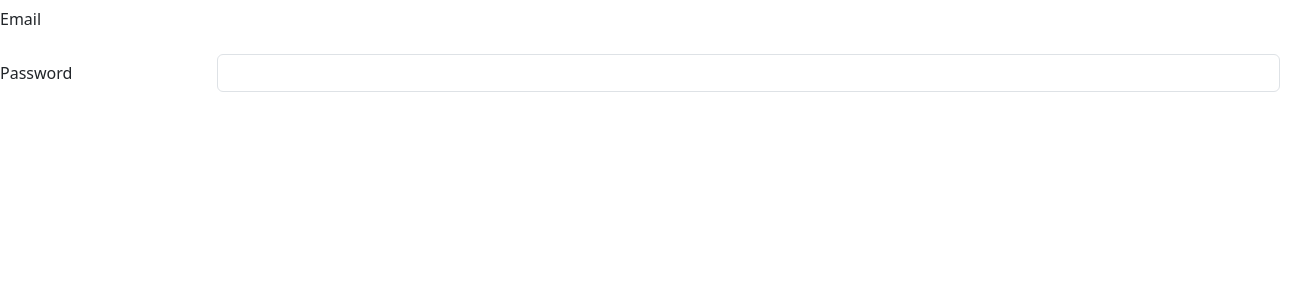
Repository: Anwithgowda/bank-app
Page: http://localhost/movie-book-app/login.jsp
These files come from the project's save history. The page is drawn as it stood at one moment and after the next save; the edit follows.
The browser window is 1280 px wide. The page is 1292 px wide, so the pictures cover 1292 px, including what lies to the right of the window. The pictures show the whole page.
The page is served by Tomcat 10. Other server files are loaded and not shown.

Above is the page before, as saved 2024-02-26 09:06:17.

### movieapp/movie-book-app/src/main/webapp/login.jsp
<%@ page language="java" contentType="text/html; charset=ISO-8859-1"
    pageEncoding="ISO-8859-1"%>
<!DOCTYPE html>
<html>
<head>
<meta charset="ISO-8859-1">
<title>Login page</title>
<link href="https://cdn.jsdelivr.net/npm/bootstrap@5.3.3/dist/css/bootstrap.min.css" rel="stylesheet" integrity="sha384-QWTKZyjpPEjISv5WaRU9OFeRpok6YctnYmDr5pNlyT2bRjXh0JMhjY6hW+ALEwIH" crossorigin="anonymous">
<script src="https://cdn.jsdelivr.net/npm/bootstrap@5.3.3/dist/js/bootstrap.bundle.min.js" integrity="sha384-YvpcrYf0tY3lHB60NNkmXc5s9fDVZLESaAA55NDzOxhy9GkcIdslK1eN7N6jIeHz" crossorigin="anonymous"></script>

</head>
<body>

     <div class="mb-3 row">
    <label for="staticEmail" class="col-sm-2 col-form-label">Email</label>
    <div class="col-sm-10">
      <input type="text"  class="form-control-plaintext" id="staticEmail" name="userid">
    </div>
  </div>
  <div class="mb-3 row">
    <label for="inputPassword" class="col-sm-2 col-form-label" name="password">Password</label>
    <div class="col-sm-10">
      <input type="password" class="form-control" id="inputPassword">
    </div>
  </div>
</body>
</html>

After the next save:
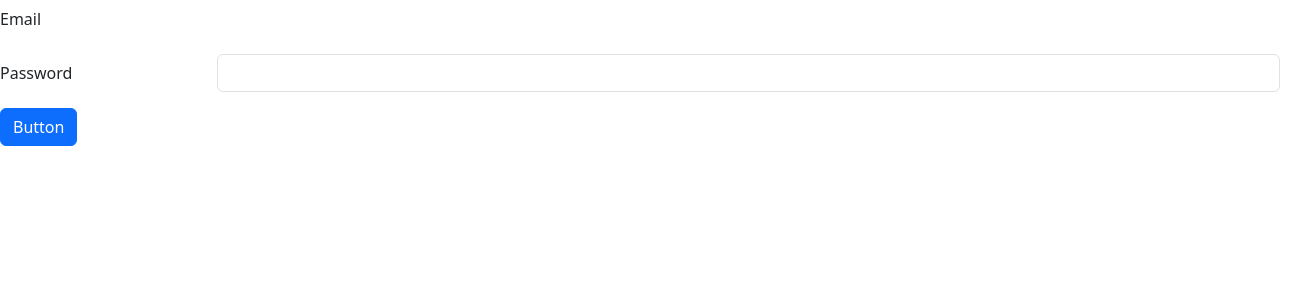
Saved 65 s later.
--- a/movieapp/movie-book-app/src/main/webapp/login.jsp
+++ b/movieapp/movie-book-app/src/main/webapp/login.jsp
@@ -10,7 +10,7 @@
 
 </head>
 <body>
-
+    <form action="signin">
      <div class="mb-3 row">
     <label for="staticEmail" class="col-sm-2 col-form-label">Email</label>
     <div class="col-sm-10">
@@ -23,5 +23,7 @@
       <input type="password" class="form-control" id="inputPassword">
     </div>
   </div>
+  <button class="btn btn-primary" type="submit">Button</button>
+  </form>
 </body>
 </html>
